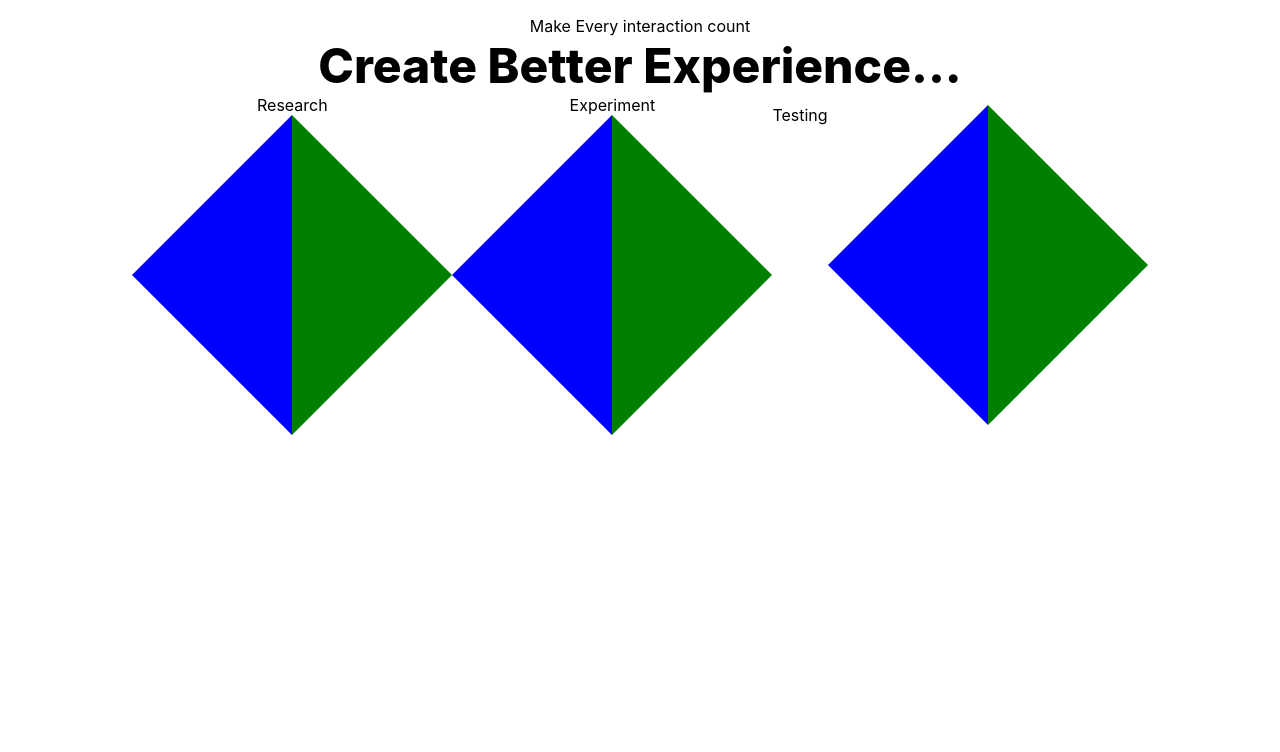
Repository: YingCG/interaction-design
Page: /
The author's editor kept a copy of each file at every save. The page is drawn from the files as they stood at one save, then again after the next save.
The browser window is 1280 px wide. The pictures show the whole page.
The project was rebuilt for these pictures with package versions that can differ from the ones it lists, and the page was loaded fresh each time.

Above is the page before, as saved 2023-09-07 16:14:54.

After the next save:
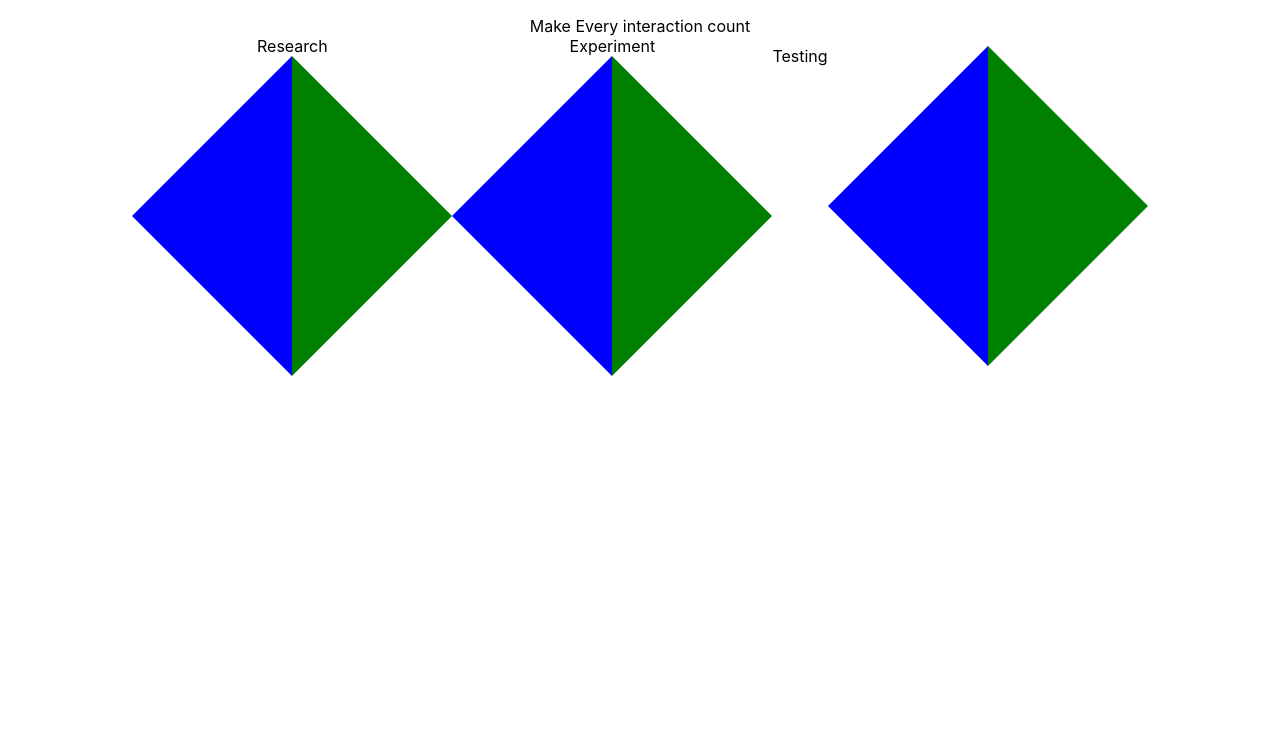
Saved 24 s later.
--- a/src/TripleDiamond.jsx
+++ b/src/TripleDiamond.jsx
@@ -15,7 +15,6 @@ function TripleDiamond() {
 
   return (
     <>
-      <div className="text-content">Create Better Experience...</div>
       <div className="container">
         <div className="container-triple">
           <div className="text-above">Research</div>
